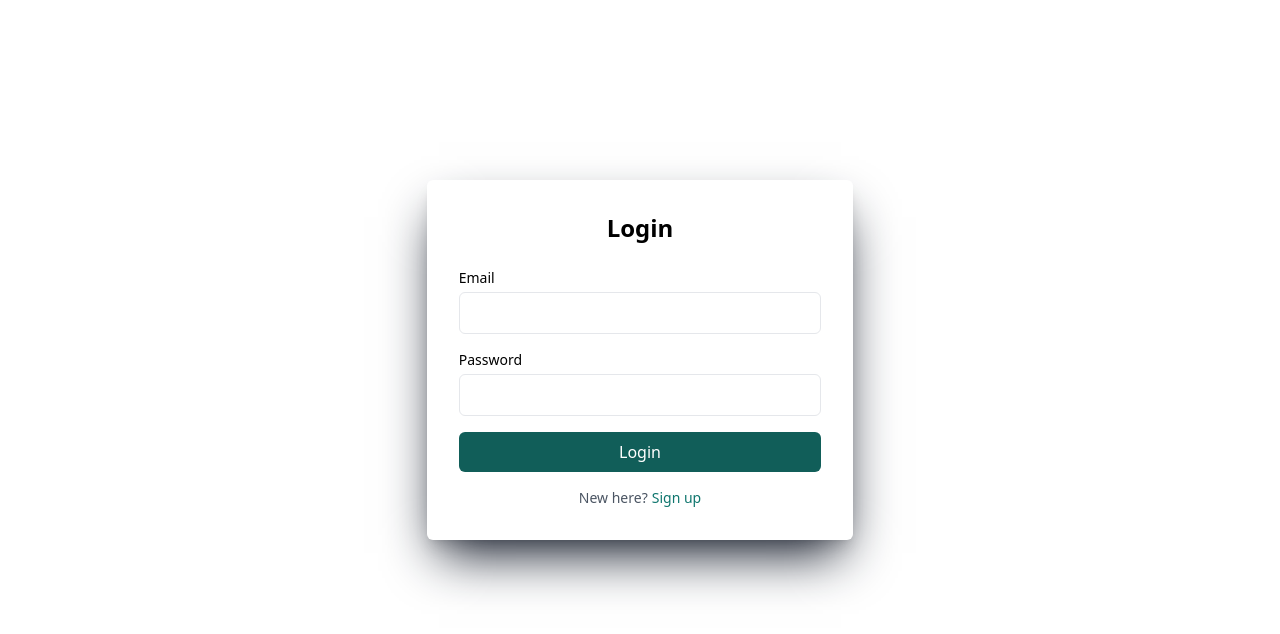
Repository: alizey12/POS-React-website
Page: /
An editor plug-in stored every save of this project. The page is shown before and after the next save, followed by the edit.
The browser window is 1280 px wide. The pictures show the whole page.
The project was rebuilt for these pictures with package versions that can differ from the ones it lists, and the page was loaded fresh each time. Also part of the build but not shown: vite.config.js, src/navbar.jsx, src/sidebar.jsx, src/Dashboard.jsx.

Above is the page before, as saved 2024-12-31 15:39:15.

After the next save:
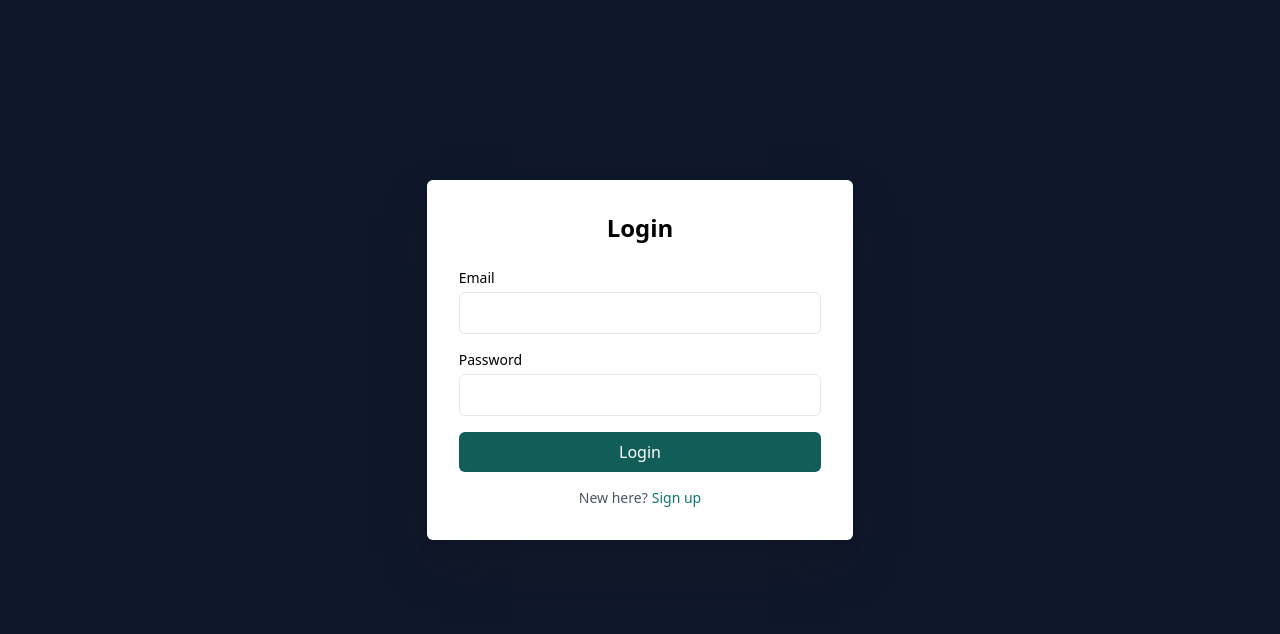
Saved 4 s later.
--- a/src/login.jsx
+++ b/src/login.jsx
@@ -53,7 +53,7 @@ const SignupLogin = () => {
   };
 
   return (
-    <div className="flex items-center justify-center min-h-screen bg- to-yellow-500">
+    <div className="flex items-center justify-center min-h-screen bg-slate-900 to-yellow-500">
       <div className=" bg-white w-1/3 shadow-lg rounded-lg">
 
         <div className="w-full bg-white rounded-md shadow-gray-900 shadow-2xl p-8 justify-center">
